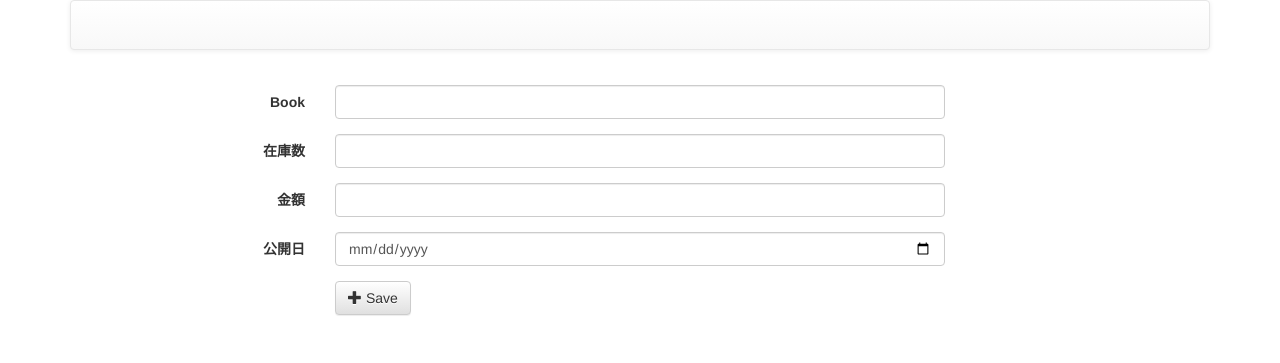
Repository: tsukamotomizuho/kadai11
Page: http://localhost/
The author's editor kept a record of every edit. The page is drawn from the files as they stood at one moment, then again after the next edit.
The browser window is 1280 px wide. The pictures show the whole page.
Some web libraries are served in a nearby version. The page is served by the project's Laravel application, run on PHP 8.4 with Laravel 8. Queries for data that is not in the repository find no rows.

Above is the page before.

After the next edit:
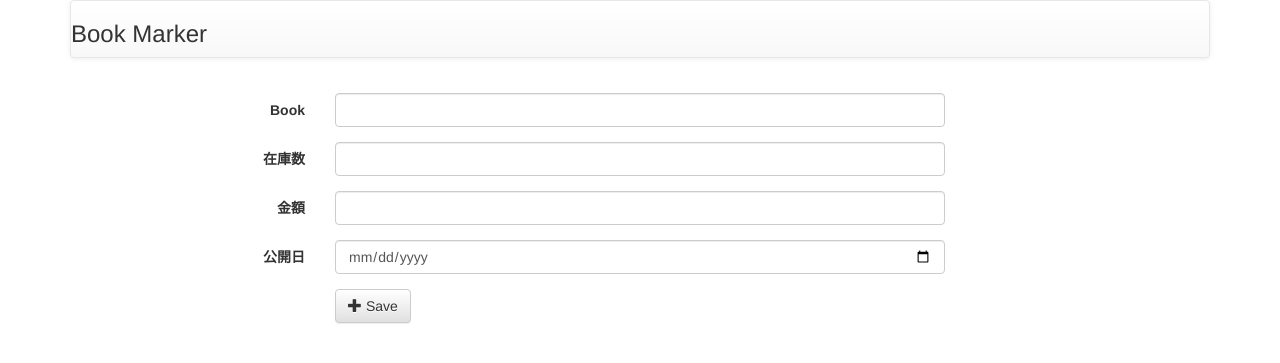
The edit:
--- a/cms/resources/views/layouts/app.blade.php
+++ b/cms/resources/views/layouts/app.blade.php
@@ -22,7 +22,7 @@
     <body>
         <div class="container">
             <nav class="navbar navbar-default">
-            <!-- ナビバーの内容 -->
+            <h3>Book Marker</h3>
             </nav>
         </div>
 
